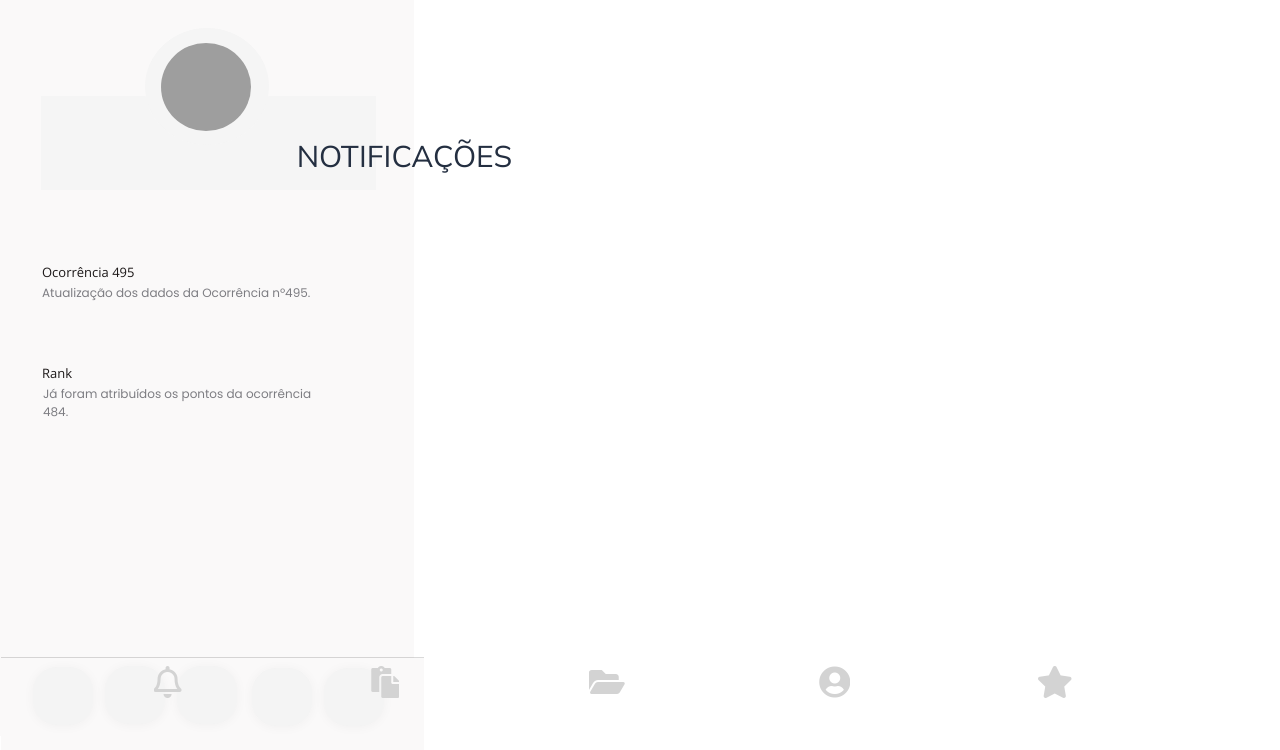
Repository: UnivMinho/D12_frontend
Page: Responsável no Terreno/Front-Office/Notificacoes.html
The author's editor kept a record of every edit. The page is drawn from the files as they stood at one moment, then again after the next edit.
The browser window is 1280 px wide. The pictures show the whole page.
Pictures or frames that could not be fetched are drawn as grey boxes. Some web libraries are served in a nearby version.

Above is the page before.
Console error: TypeError: Cannot set properties of null (setting 'onclick')

### Responsável no Terreno/Front-Office/Notificacoes.html
<!DOCTYPE html>
<html>

<head>
    <meta charset="utf-8">
    <meta name="viewport" content="width=device-width, initial-scale=1, maximum-scale=1, user-scalable=no">
    <link href="https://fonts.googleapis.com/css?family=Mulish&display=swap" rel="stylesheet" />
    <link href="https://fonts.googleapis.com/css?family=Poppins&display=swap" rel="stylesheet" />
    <link href="https://fonts.googleapis.com/css?family=Open+Sans&display=swap" rel="stylesheet" />
    <link href="./Notificacoes.css" rel="stylesheet" />
    <link rel="stylesheet" href="https://pro.fontawesome.com/releases/v5.10.0/css/all.css" integrity="sha384-AYmEC3Yw5cVb3ZcuHtOA93w35dYTsvhLPVnYs9eStHfGJvOvKxVfELGroGkvsg+p" crossorigin="anonymous"/>
    <title>Document</title>
</head>

<body>
    <div class="screen"> <!-- screen-->
        <div class="rectangle"></div> <!-- retângulo-->
        <div class="circle"></div> <!-- circulo-->
        <div class="circleicon"></div> <!-- icon circulo-->
    </div><span class="notifications">NOTIFICAÇÕES</span>
    </div>
    <span class="v165_1104">Já foram atribuídos os pontos da ocorrência 484.</span>
    <span class="v165_1103">Rank</span>
    <span class="v163_914">Ocorrência 495</span>
    <span class="v163_915">Atualização dos dados da Ocorrência nº495. </span>

    <div class="bottombar"></div> <!-- barra inferrior-->
        <div class="firstsquare"></div> <!--primeiro quadrado-->
        <div class="secondsquare"></div> <!--segundo quadrado-->
        <div class="thirdsquare"></div> <!--terceiro quadrado-->
        <div class="fourthsquare"></div> <!--quarto quadrado-->
        <div class="fifthsquare"></div> <!--quinto quadrado-->
        <button id="iconfirstsquareNotificacoes" class="far fa-bell"></button> <!--icon primeiro quadrado-->
        <button id="iconsecondsquareNotificacoes" class="fas fa-paste"></button> <!--icon segundo quadrado-->
        <button id="iconthirdsquareNotificacoes" class="fas fa-folder-open"></button> <!--icon terceiro quadrado-->
        <button id="iconfourthsquareNotificacoes" class="fas fa-user-circle"></button> <!--icon quarto quadrado-->
        <button id="iconfifthsquareNotificacoes" class="fas fa-star"></button> <!--icon quinto quadrado-->
    </div>
    </div>

    <button id="buttonbackRegisto" class="fas fa-chevron-left" onclick="goBack()"></button> <!--botão e icon para voltar para a página anterior-->
    <script type="text/javascript" src="Registo.js"></script>
</body>

</html>

<!-- faltam os retangulos das notificacoes-->

### Responsável no Terreno/Front-Office/Notificacoes.css
* {
  overflow-x: hidden;
  padding: 0px !important;
  margin: 0px !important;
}

.screen {
  width: 414px;
  height: 736px;
  background: rgba(250, 249, 249, 1);
  opacity: 1;
  position: absolute;
  top: 0px;
  left: 0px;
  overflow: hidden;
}

.rectangle {
  width: 335px;
  height: 94px;
  background: rgba(245, 245, 245, 1);
  opacity: 1;
  position: absolute;
  top: 13%;
  left: 10%;
  overflow: hidden;
}

.circle {
  width: 124px;
  height: 117px;
  background: rgba(245, 245, 245, 1);
  opacity: 1;
  position: absolute;
  top: 28px;
  left: 35%;
  border-radius: 50%;
}

.circleicon {
  width: 90px;
  height: 88px;
  background: url(../images/v162_893.png);
  opacity: 1;
  position: absolute;
  top: 43px;
  left: 161px;
  border-radius: 50%;
}

.notifications {
  width: 220px;
  color: rgba(36, 47, 65, 1);
  position: absolute;
  top: 19%;
  left: 23%;
  font-family: Mulish;
  font-weight: Regular;
  font-size: 30px;
  opacity: 1;
  text-align: center;
}

.v165_1104 {
  width: 288px;
  color: rgba(125, 125, 130, 1);
  position: absolute;
  top: 385px;
  left: 43px;
  font-family: Poppins;
  font-weight: Regular;
  font-size: 12px;
  opacity: 1;
  text-align: left;
}

.v165_1103 {
  width: 32px;
  color: rgba(28, 24, 24, 1);
  position: absolute;
  top: 364px;
  left: 42px;
  font-family: Open Sans;
  font-weight: SemiBold;
  font-size: 13px;
  opacity: 1;
  text-align: left;
}

.v163_914 {
  width: 95px;
  color: rgba(28, 24, 24, 1);
  position: absolute;
  top: 263px;
  left: 42px;
  font-family: Open Sans;
  font-weight: SemiBold;
  font-size: 13px;
  opacity: 1;
  text-align: left;
}

.v163_915 {
  width: 288px;
  color: rgba(125, 125, 130, 1);
  position: absolute;
  top: 284px;
  left: 42px;
  font-family: Poppins;
  font-weight: Regular;
  font-size: 12px;
  opacity: 1;
  text-align: left;
}

.bottombar {
  width: 423px;
  height: 92px;
  background: rgba(250, 249, 249, 1);
  opacity: 1;
  position: absolute;
  top: 658px;
  left: 1px;
  box-shadow: 0px -1px 0px rgba(0, 0, 0, 0.15000000596046448);
  overflow: hidden;
}

.firstsquare {
  width: 60px;
  height: 58px;
  background: rgba(244, 244, 244, 1);
  opacity: 1;
  position: absolute;
  top: 667px;
  left: 33px;
  border-top-left-radius: 24px;
  border-top-right-radius: 24px;
  border-bottom-left-radius: 24px;
  border-bottom-right-radius: 24px;
  box-shadow: 0px 1px 12px rgba(0, 0, 0, 0.03999999910593033);
  overflow: hidden;
}

.secondsquare {
  width: 60px;
  height: 58px;
  background: rgba(244, 244, 244, 1);
  opacity: 1;
  position: absolute;
  top: 666px;
  left: 105px;
  border-top-left-radius: 24px;
  border-top-right-radius: 24px;
  border-bottom-left-radius: 24px;
  border-bottom-right-radius: 24px;
  box-shadow: 0px 1px 12px rgba(0, 0, 0, 0.03999999910593033);
  overflow: hidden;
}

.fourthsquare {
  width: 60px;
  height: 58px;
  background: rgba(244, 244, 244, 1);
  opacity: 1;
  position: absolute;
  top: 668px;
  left: 252px;
  border-top-left-radius: 24px;
  border-top-right-radius: 24px;
  border-bottom-left-radius: 24px;
  border-bottom-right-radius: 24px;
  box-shadow: 0px 1px 12px rgba(0, 0, 0, 0.03999999910593033);
  overflow: hidden;
}

.fifthsquare {
  width: 60px;
  height: 58px;
  background: rgba(244, 244, 244, 1);
  opacity: 1;
  position: absolute;
  top: 668px;
  left: 324px;
  border-top-left-radius: 24px;
  border-top-right-radius: 24px;
  border-bottom-left-radius: 24px;
  border-bottom-right-radius: 24px;
  box-shadow: 0px 1px 12px rgba(0, 0, 0, 0.03999999910593033);
  overflow: hidden;
}

.thirdsquare {
  width: 60px;
  height: 58px;
  background: rgba(244, 244, 244, 1);
  opacity: 1;
  position: absolute;
  top: 666px;
  left: 178px;
  border-top-left-radius: 24px;
  border-top-right-radius: 24px;
  border-bottom-left-radius: 24px;
  border-bottom-right-radius: 24px;
  box-shadow: 0px 1px 12px rgba(0, 0, 0, 0.03999999910593033);
  overflow: hidden;
}

.thirdsquare {
  width: 60px;
  height: 58px;
  background: rgba(244, 244, 244, 1);
  opacity: 1;
  position: absolute;
  top: 666px;
  left: 177px;
  border-top-left-radius: 24px;
  border-top-right-radius: 24px;
  border-bottom-left-radius: 24px;
  border-bottom-right-radius: 24px;
  box-shadow: 0px 1px 12px rgba(0, 0, 0, 0.03999999910593033);
  overflow: hidden;
}

#iconfirstsquareNotificacoes {
  top: 92.5%;
  left: 12%;
  border: none;
  position: absolute;
  font-size: xx-large;
  background: none;
  color: lightgray;
}

#iconsecondsquareNotificacoes {
  top: 92.5%;
  left: 29%;
  border: none;
  position: absolute;
  font-size: xx-large;
  background: none;
  color: lightgray;
}

#iconthirdsquareNotificacoes {
  top: 92.5%;
  left: 46%;
  border: none;
  position: absolute;
  font-size: xx-large;
  background: none;
  color: lightgray;
}

#iconfourthsquareNotificacoes {
  top: 92.5%;
  left: 64%;
  border: none;
  position: absolute;
  font-size: xx-large;
  background: none;
  color: lightgray;
}

#iconfifthsquareNotificacoes {
  top: 92.5%;
  left: 81%;
  border: none;
  position: absolute;
  font-size: xx-large;
  background: none;
  color: lightgray;
}

.retangulo1 {
  width: 367px;
  height: 77px;
  background: rgba(228, 228, 228, 97);
  opacity: 1;
  position: absolute;
  top: 34%;
  left: 6%;
  overflow: hidden;
  border-top-left-radius: 16px;
  border-top-right-radius: 16px;
  border-bottom-left-radius: 16px;
  border-bottom-right-radius: 16px;
}

.retangulo2 {
  width: 367px;
  height: 77px;
  background: rgba(228, 228, 228, 97);
  opacity: 1;
  position: absolute;
  top: 48%;
  left: 6%;
  overflow: hidden;
  border-top-left-radius: 16px;
  border-top-right-radius: 16px;
  border-bottom-left-radius: 16px;
  border-bottom-right-radius: 16px;
}

#iconNotifications {
    top: 67px;
    left: 187px;
    border: none;
    position: absolute;
    font-size: xxx-large;
    background: none;
    color: black;
}

#buttonbackNotificacoes {
  position: absolute;
  top: 46px;
  left: 28px;
  border: none;
  font-size: x-large;
  color: lightgray;
  background-color: rgba(250, 249, 249, 1);
}

### Responsável no Terreno/Front-Office/Registo.js
const variavel = document.getElementById("buttonRegistar");
variavel.onclick = enviardados;

const variaveldois = document.getElementById("buttonbackRegisto");
variaveldois.onclick = goBack;

const variaveltres = document.getElementById("buttonLoginRegisto");
variaveltres.onclick = buttonLoginRegisto;

const variavelquatro = document.getElementById("buttonInicioRegisto");
variavelquatro.onclick = buttonInicioRegisto;

const variavelcinco = document.getElementById("buttonClose");
variavelcinco.onclick = buttonClose;

function enviardados() {

    //preenchimento do campo Nome obrigatório
    if (document.getElementById("inputNome").value == "") {
        alert("Preencha o campo Nome!");
        document.getElementById("inputPassword").focus();
    }
    else {

        // //preenchimento do campo Data de Nascimento obrigatório
        // if (document.getElementById("inputDataNascimento").value == "") {
        //     alert("Preencha o campo Data de Nascimento!");
        //     document.getElementById("inputDataNascimento").focus();
        // }
        // else {


            //preenchimento do campo cédula profissional obrigatório
            if (document.getElementById("inputCedulaProfissional").value == "") {
                alert("Preencha o campo Cédula Profissional!");
                document.getElementById("inputCedulaProfissional").focus();
            }
            else {

                //ao preencher o email ter obrigatoriamente "@" e "." (preenchimento obrigatório)
                if (document.getElementById("inputEmail").value == "" ||
                    document.getElementById("inputEmail").value.indexOf('@') == -1 ||
                    document.getElementById("inputEmail").value.indexOf('.') == -1) {
                    alert("Preencha campo email corretamente!");
                    document.getElementById("inputEmail").focus();
                }
                else {

                    //preenchimento da Password, não pode estar vazia (campo obrigatório)
                    if (document.getElementById("inputPasswordRegisto").value == "") {
                        alert("Preencha o campo Password!");
                        document.getElementById("inputPasswordRegisto").focus();
                    }
                    else {

                        //caso as passwords não coincidirem (preenchimento de ambas obrigatórias)
                        if (document.getElementById("inputPasswordRegisto").value != document.getElementById("inputConfirmarPasswordRegisto").value) {
                            alert("As passwords não coincidem!");
                            document.getElementById("inputPasswordRegisto").focus();
                        }
                        else {

                            //preenchimento do campo Telemovel obrigatório
                            if (document.getElementById("inputTelemovel").value == "") {
                                alert("Preencha o campo Telemovel!");
                                document.getElementById("inputTelemovel").focus();
                            }
                            else {
                                document.getElementById("bgmodalRegisto").className = "bgmodal"; //Apaarecer o aviso
                            }
                        }
                    }
                }
            }
        }
    // }
}

function goBack() { //voltar para a página anterior
    window.history.back()
}

function buttonLoginRegisto() {
    window.location.href = "Login.html" //ao carregar no botão vai para a página "Login.html"
}

function buttonInicioRegisto() {
    window.location.href = "Inicio.html" //ao carregar no botão vai para a página "Inicio.html"
}

function buttonClose() {
    document.getElementById("bgmodalRegisto").className = "hidden" //carregar no X e fechar o aviso
}


let pswd = false;

function showPswd() {
    if (pswd) {
        document.getElementById("inputPasswordRegisto").setAttribute("type", "password");
        pswd = false;
    }
    else {
        document.getElementById("inputPasswordRegisto").setAttribute("type", "text");
        pswd = true;
    }
}


let password = false;

function showPassword() {
    if (pswd) {
        document.getElementById("inputConfirmarPasswordRegisto").setAttribute("type", "password");
        pswd = false;
    }
    else {
        document.getElementById("inputConfirmarPasswordRegisto").setAttribute("type", "text");
        pswd = true;
    }
}

After the next edit:
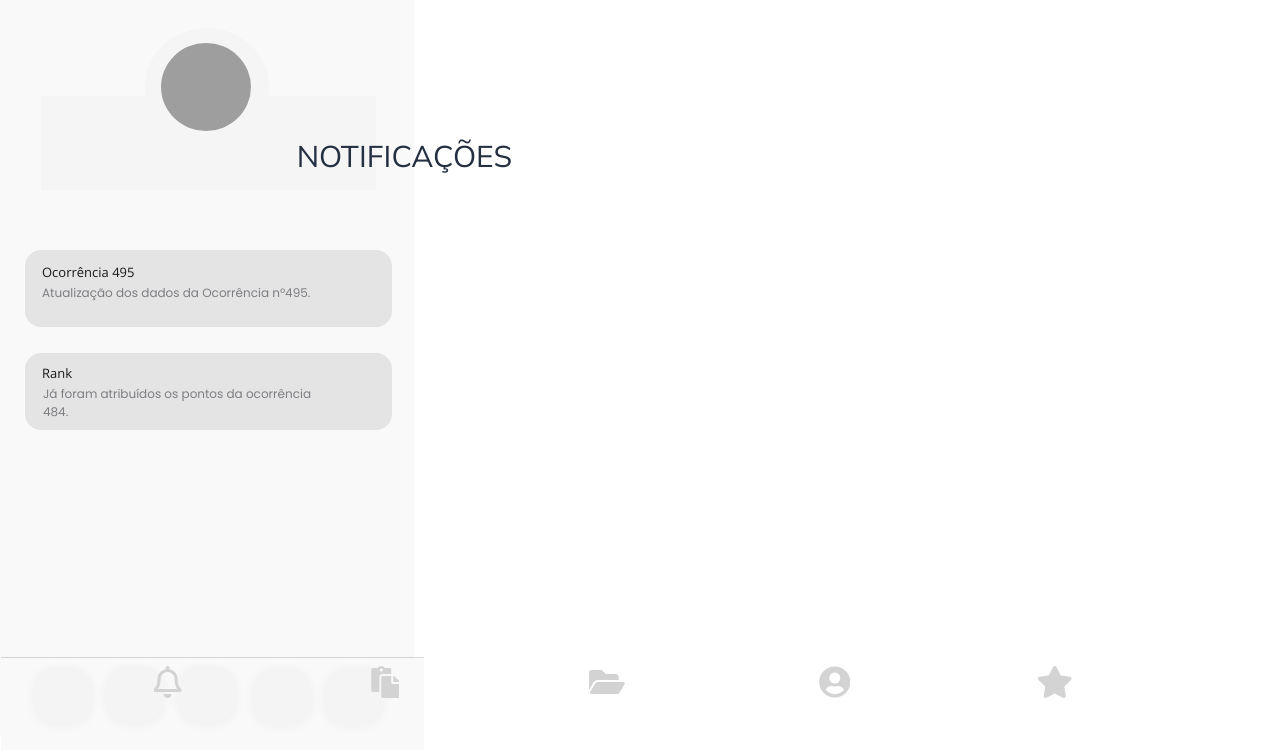
The edit:
--- a/Responsável no Terreno/Front-Office/Notificacoes.html
+++ b/Responsável no Terreno/Front-Office/Notificacoes.html
@@ -14,6 +14,8 @@
 
 <body>
     <div class="screen"> <!-- screen-->
+        <div class="retangulo1"></div>
+        <div class="retangulo2"></div>
         <div class="rectangle"></div> <!-- retângulo-->
         <div class="circle"></div> <!-- circulo-->
         <div class="circleicon"></div> <!-- icon circulo-->
